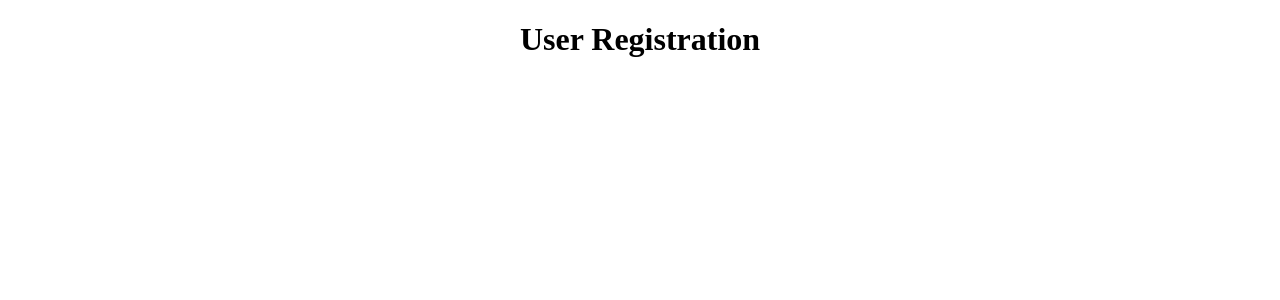
Repository: vinjal-jain/Advance-Java--01
Page: http://localhost/advance-java-web/UserRegistrationView.jsp
The author's editor kept a copy of each file at every save. The page is drawn from the files as they stood at one save, then again after the next save.
The browser window is 1280 px wide. The pictures show the whole page.
The page is served by Tomcat 9. Other server files are loaded and not shown.

Above is the page before, as saved 2024-08-06 07:38:44.

### DynamicWebProject/advance-java-web/WebContent/UserRegistrationView.jsp
<%@ page language="java" contentType="text/html; charset=ISO-8859-1"
	pageEncoding="ISO-8859-1"%>
<!DOCTYPE html>
<html>
<head>
<meta charset="ISO-8859-1">
<title>Insert title here</title>
</head>
<body>
	<%@include file="Header.jsp"%>
	<form action="UserRegistrationCtl" method="post">
		<div align="center">
			<h1>User Registration</h1>

Loaded but not shown: DynamicWebProject/advance-java-web/WebContent/Header.jsp (common file)

After the next save:
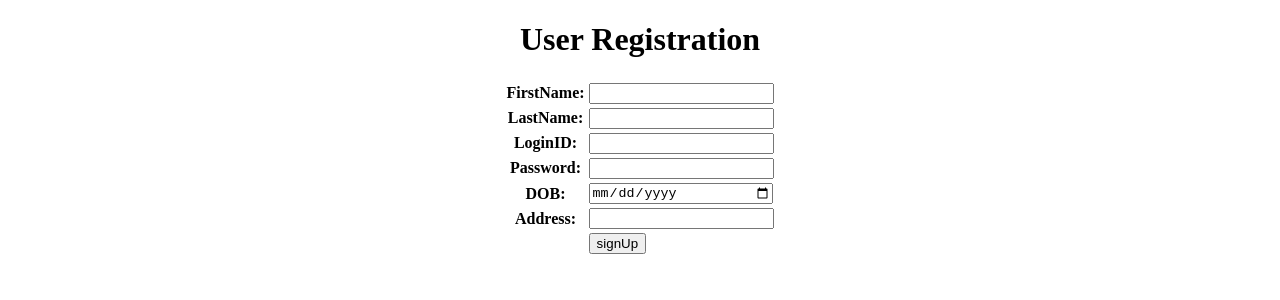
Saved 39 s later.
--- a/DynamicWebProject/advance-java-web/WebContent/UserRegistrationView.jsp
+++ b/DynamicWebProject/advance-java-web/WebContent/UserRegistrationView.jsp
@@ -7,7 +7,53 @@
 <title>Insert title here</title>
 </head>
 <body>
-	<%@include file="Header.jsp"%>
+	<%@ include file="Header.jsp"%>
 	<form action="UserRegistrationCtl" method="post">
 		<div align="center">
 			<h1>User Registration</h1>
+			<%
+				String msg = (String) request.getAttribute("msg");
+			%>
+			<%
+				if (msg != null) {
+			%>
+			<h3>
+				<font color="red"><%=msg%></font>
+			</h3>
+			<%
+				}
+			%>
+			<table>
+				<tr>
+					<th>FirstName:</th>
+					<td><input type="text" name="firstName"></td>
+				</tr>
+				<tr>
+					<th>LastName:</th>
+					<td><input type="text" name="lastName"></td>
+				</tr>
+				<tr>
+					<th>LoginID:</th>
+					<td><input type="text" name="loginId"></td>
+				</tr>
+				<tr>
+					<th>Password:</th>
+					<td><input type="text" name="password"></td>
+				</tr>
+				<tr>
+					<th>DOB:</th>
+					<td><input type="date" name="dob" style="width: 97%"></td>
+				</tr>
+				<tr>
+					<th>Address:</th>
+					<td><input type="text" name="address"></td>
+				</tr>
+				<tr>
+					<td></td>
+					<td><input type="submit" value="signUp"></td>
+				</tr>
+			</table>
+		</div>
+	</form>
+</body>
+</html>
